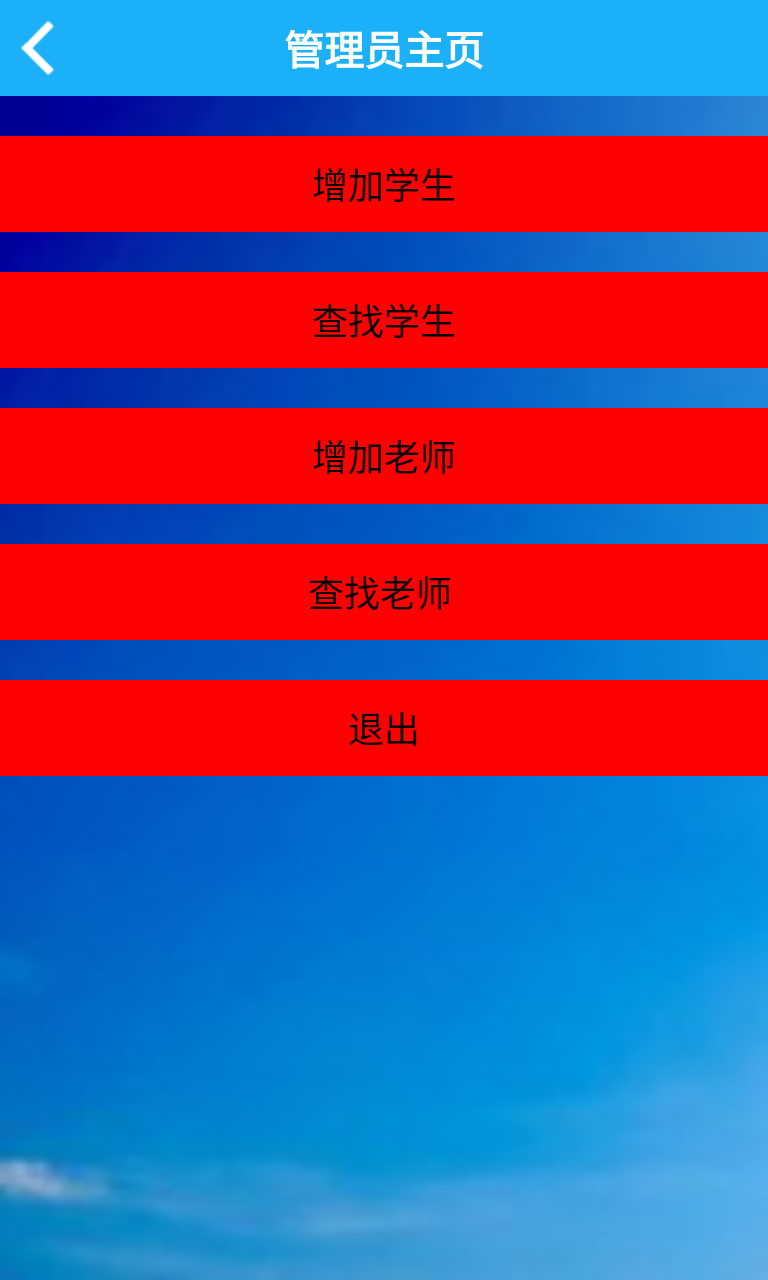
Repository: 15862175370/MyProject
Layout: 毕业设计系统源码_李伟/client/TeachSystem/res/layout/administrator_center.xml
The author's editor kept a copy of each file at every save. The layout is drawn from the files as they stood at one save, then again after the next save.
It is drawn on a 768 x 1280 px phone screen (xhdpi) without system bars, with theme AppTheme; the app's code is not run.

Above is the layout before, as saved 2016-05-20 08:06:20.

After the next save:
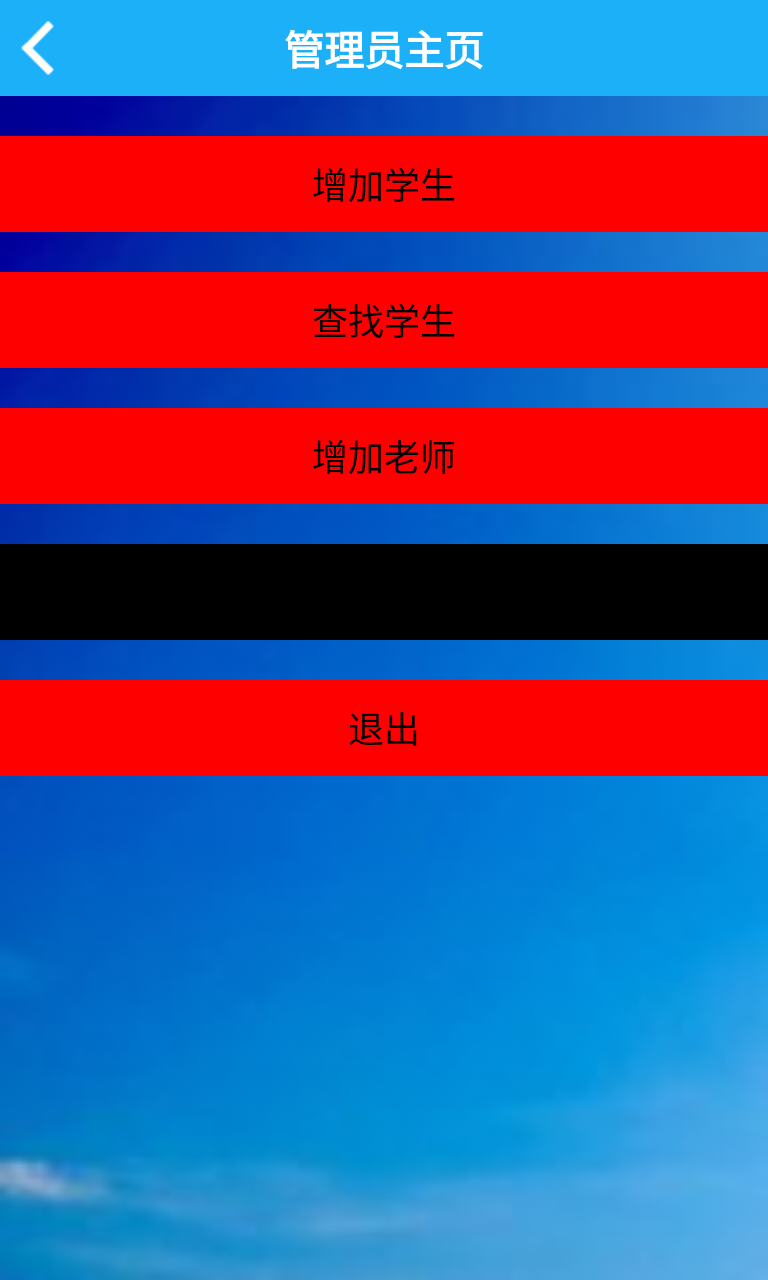
Saved 34 s later.
--- a/毕业设计系统源码_李伟/client/TeachSystem/res/layout/administrator_center.xml
+++ b/毕业设计系统源码_李伟/client/TeachSystem/res/layout/administrator_center.xml
@@ -72,7 +72,7 @@
         android:layout_width="match_parent"
         android:layout_height="wrap_content"
         android:layout_marginTop="20dp"
-        android:background="#ff0000"
+        android:background="#ff000000"
         android:text="查找老师 " />
 
     <Button
